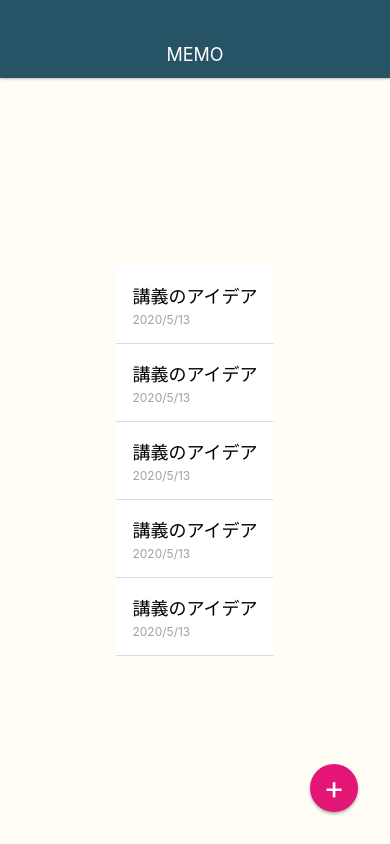
Repository: NagataRyuji0630/memo_app_for_reactNative
Page: /
An editor plug-in stored every save of this project. The page is shown before and after the next save, followed by the edit.
The browser window is 390 px wide. The pictures show the whole page.
The app was drawn by React Native's web renderer in a window 390 px wide. The project was rebuilt for these pictures with package versions that can differ from the ones it lists, and the page was loaded fresh each time.

Above is the page before, as saved 2020-05-14 08:28:45.

### App.js
import React from 'react';
import { StyleSheet, Text, View } from 'react-native';
import MemoList from './src/components/MemoList';

export default class App extends React.Component {
  render() {
    return (
      <View style={styles.container}>

        <View style={styles.appbar}>
          <View>
            <Text style={styles.appbarTitle}>MEMO</Text>
          </View>
        </View>

        <MemoList />

        <View style={styles.memoAddBtn}>
          <Text style={styles.memoAddBtnTitle}>+</Text>
        </View>

      </View>
    );
  }
}

const styles = StyleSheet.create({
  container: {
    flex: 1,
    backgroundColor: '#FFFDF6',
    alignItems: 'center',
    justifyContent: 'center',
    paddingTop: 78,
  },
  appbar: {
    position: 'absolute',
    top: 0,
    left: 0,
    right: 0,
    height: 78,
    paddingTop: 30,
    backgroundColor: '#265366',
    justifyContent: 'center',
    alignItems: 'center',
    shadowColor: '#000',
    shadowOffset: { width: 0, height: 0 },
    shadowOpacity: 0.5,
    shadowRadius: 3,
    zIndex: 10,
  },
  appbarTitle: {
    color: '#fff',
    fontSize: 18,
  },
  memoAddBtn: {
    position: 'absolute',
    bottom: 32,
    right: 32,
    width: 48,
    height: 48,
    backgroundColor: '#E31675',
    borderRadius: 24,
    justifyContent: 'center',
    alignItems: 'center',
    shadowColor: '#000',
    shadowOffset: { width: 0, height: 2 },
    shadowOpacity: 0.3,
    shadowRadius: 3,
  },
  memoAddBtnTitle: {
    fontSize: 32,
    lineHeight: 32,
    color: 'white',
  }
});

### src/components/MemoList.jsx
import React from 'react';
import { Component } from 'react';
import { StyleSheet, View, Text } from 'react-native';

const styles = StyleSheet.create({
    memoList: {
        width: '100%',
        flex: 1,
    },
    memoListItem: {
        padding: 16,
        borderBottomWidth: 1,
        borderBottomColor: '#ddd',
        backgroundColor: 'white',
    },
    memoTitle: {
        fontSize: 18,
        marginBottom: 4,
    },
    memoDate: {
        fontSize: 12,
        color: '#a2a2a2'
    },
});

class MemoList extends Component {
    render() {
        return (
            <View>
                <View style={styles.memoList}>
                    <View style={styles.memoListItem}>
                        <Text style={styles.memoTitle}>講義のアイデア</Text>
                        <Text style={styles.memoDate}>2020/5/13</Text>
                    </View>
                    <View style={styles.memoListItem}>
                        <Text style={styles.memoTitle}>講義のアイデア</Text>
                        <Text style={styles.memoDate}>2020/5/13</Text>
                    </View>
                    <View style={styles.memoListItem}>
                        <Text style={styles.memoTitle}>講義のアイデア</Text>
                        <Text style={styles.memoDate}>2020/5/13</Text>
                    </View>
                    <View style={styles.memoListItem}>
                        <Text style={styles.memoTitle}>講義のアイデア</Text>
                        <Text style={styles.memoDate}>2020/5/13</Text>
                    </View>
                    <View style={styles.memoListItem}>
                        <Text style={styles.memoTitle}>講義のアイデア</Text>
                        <Text style={styles.memoDate}>2020/5/13</Text>
                    </View>
                </View>
            </View >
        );
    }
}

export default MemoList;

After the next save:
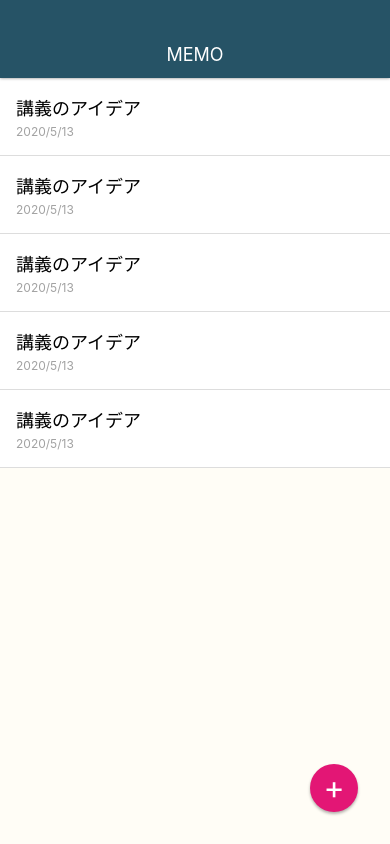
Saved 13 s later.
--- a/src/components/MemoList.jsx
+++ b/src/components/MemoList.jsx
@@ -26,30 +26,30 @@ const styles = StyleSheet.create({
 class MemoList extends Component {
     render() {
         return (
-            <View>
-                <View style={styles.memoList}>
-                    <View style={styles.memoListItem}>
-                        <Text style={styles.memoTitle}>講義のアイデア</Text>
-                        <Text style={styles.memoDate}>2020/5/13</Text>
-                    </View>
-                    <View style={styles.memoListItem}>
-                        <Text style={styles.memoTitle}>講義のアイデア</Text>
-                        <Text style={styles.memoDate}>2020/5/13</Text>
-                    </View>
-                    <View style={styles.memoListItem}>
-                        <Text style={styles.memoTitle}>講義のアイデア</Text>
-                        <Text style={styles.memoDate}>2020/5/13</Text>
-                    </View>
-                    <View style={styles.memoListItem}>
-                        <Text style={styles.memoTitle}>講義のアイデア</Text>
-                        <Text style={styles.memoDate}>2020/5/13</Text>
-                    </View>
-                    <View style={styles.memoListItem}>
-                        <Text style={styles.memoTitle}>講義のアイデア</Text>
-                        <Text style={styles.memoDate}>2020/5/13</Text>
-                    </View>
+
+            <View style={styles.memoList}>
+                <View style={styles.memoListItem}>
+                    <Text style={styles.memoTitle}>講義のアイデア</Text>
+                    <Text style={styles.memoDate}>2020/5/13</Text>
                 </View>
-            </View >
+                <View style={styles.memoListItem}>
+                    <Text style={styles.memoTitle}>講義のアイデア</Text>
+                    <Text style={styles.memoDate}>2020/5/13</Text>
+                </View>
+                <View style={styles.memoListItem}>
+                    <Text style={styles.memoTitle}>講義のアイデア</Text>
+                    <Text style={styles.memoDate}>2020/5/13</Text>
+                </View>
+                <View style={styles.memoListItem}>
+                    <Text style={styles.memoTitle}>講義のアイデア</Text>
+                    <Text style={styles.memoDate}>2020/5/13</Text>
+                </View>
+                <View style={styles.memoListItem}>
+                    <Text style={styles.memoTitle}>講義のアイデア</Text>
+                    <Text style={styles.memoDate}>2020/5/13</Text>
+                </View>
+            </View>
+
         );
     }
 }
